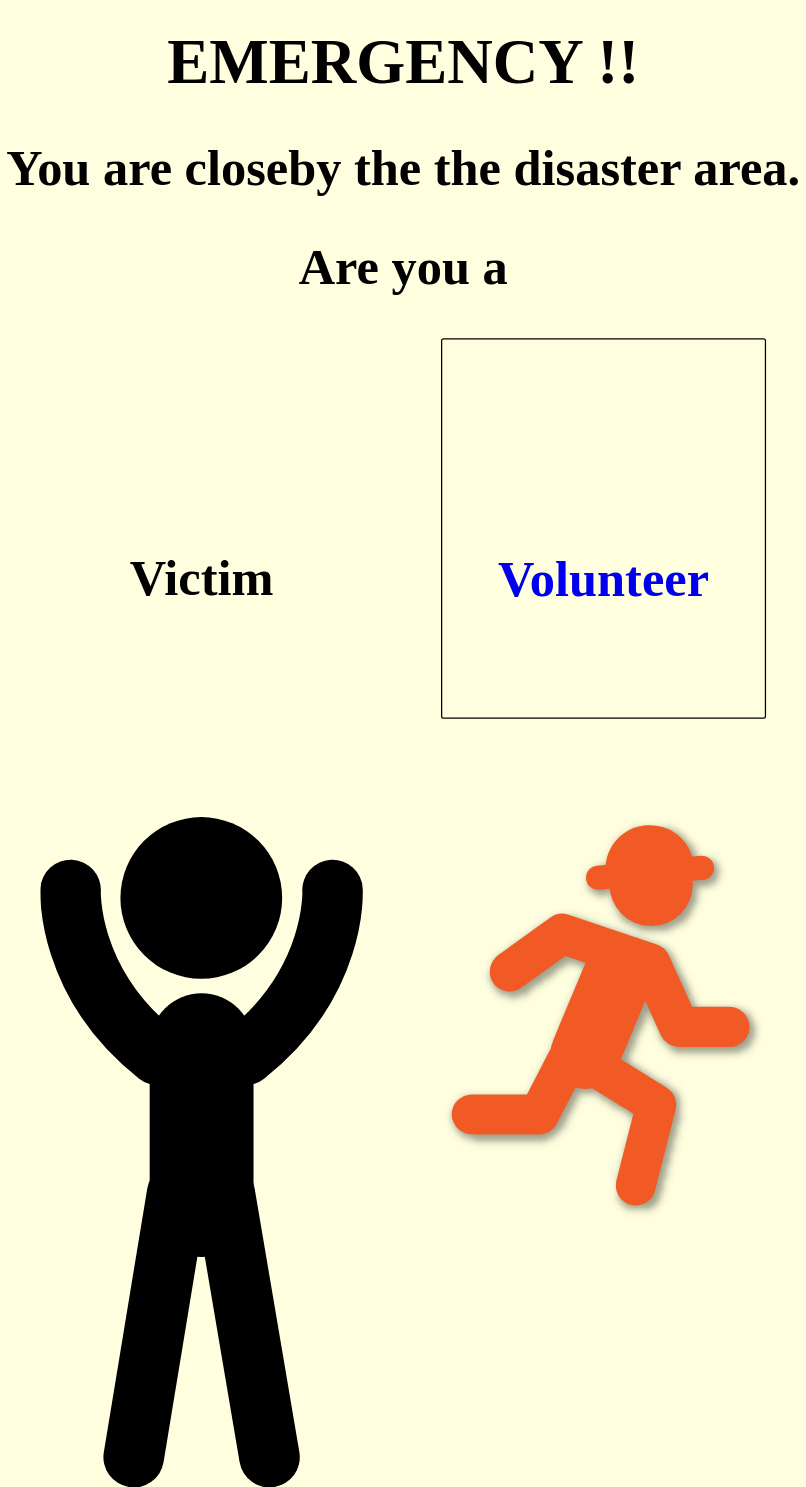
Repository: KittichoteKamalapirat/EMS-management-system
Page: http://localhost/
The author's editor kept a record of every edit. The page is drawn from the files as they stood at one moment, then again after the next edit.
The browser window is 1280 px wide. The pictures show the whole page, at 63% of full size.
Some web libraries are served in a nearby version. The page is served by the project's Node server (server.js).

Above is the page before.
Console error: ReferenceError: $ is not defined

After the next edit:
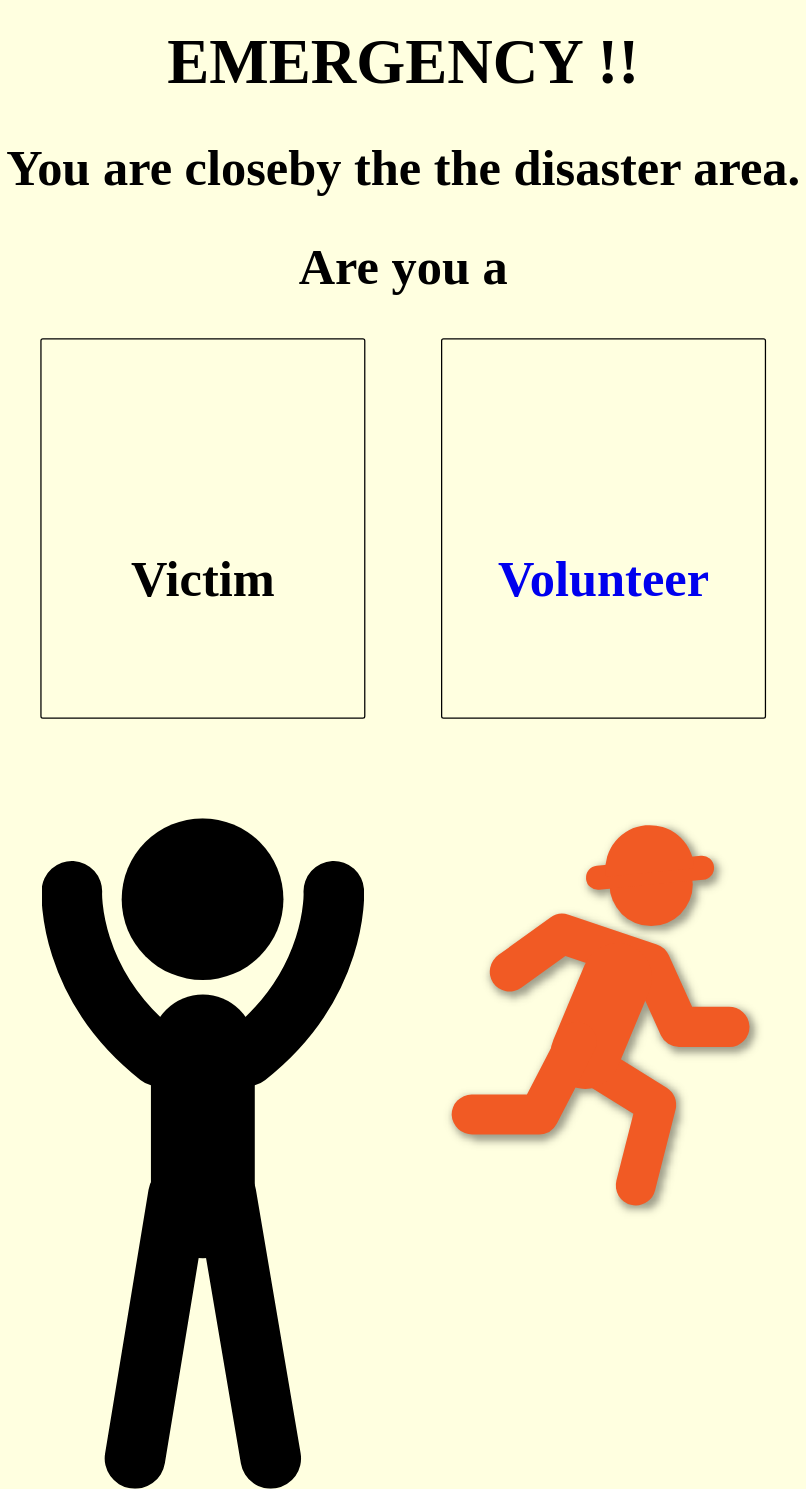
The edit:
--- a/public/css/index.css
+++ b/public/css/index.css
@@ -69,6 +69,8 @@
   height: 600px;
   line-height: 600px;
   cursor: pointer;
+  border-radius: 4px;
+  border: 2px solid black;
 }
 p {
   font-weight: bold;
@@ -90,6 +92,7 @@
 .left-box p:hover {
   background: #FF0000;
   opacity: 0.7;
+
 }
 .right-box p:hover {
   background: #66FF99;
